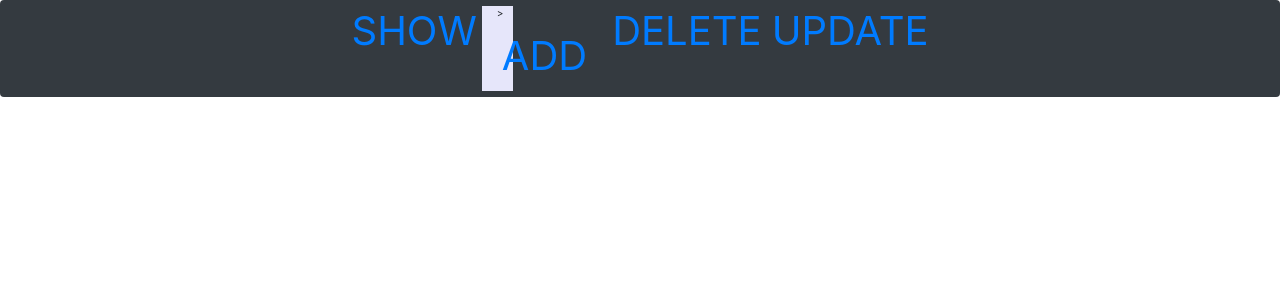
Repository: jalaj2123/SPRING-ORM
Page: Webap/src/main/webapp/home.html
The author's editor kept a copy of each file at every save. The page is drawn from the files as they stood at one save, then again after the next save.
The browser window is 1280 px wide. The pictures show the whole page.

Above is the page before, as saved 2022-03-17 08:47:18.

After the next save:
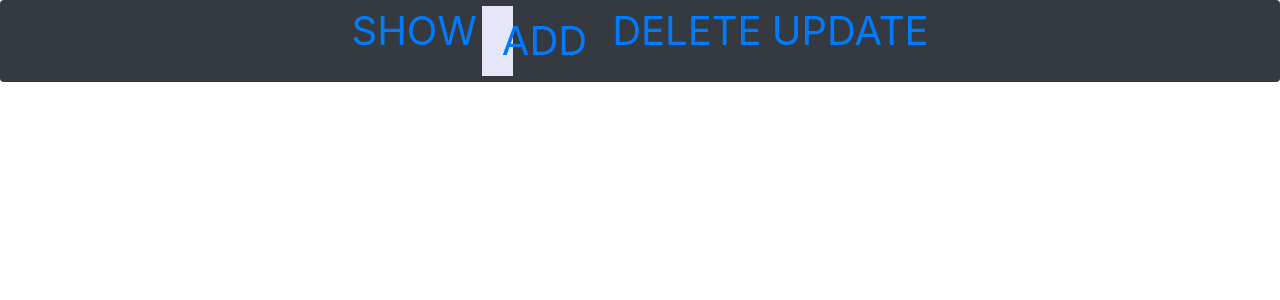
Saved 70 s later.
--- a/Webap/src/main/webapp/home.html
+++ b/Webap/src/main/webapp/home.html
@@ -31,7 +31,7 @@ font-size:40px
       <a class="nav-link" href="index.html">SHOW</a>
     </li>
     <li class="nav-item">
-       <div class="col-sm-3" style="background-color:lavender;">><a class="nav-link" href="insert.html">ADD</a></div>
+       <div class="col-sm-3" style="background-color:lavender;"><a class="nav-link" href="insert.html">ADD</a></div>
     </li>
     <li class="nav-item">
       <a class="nav-link" href="delete">DELETE</a>
